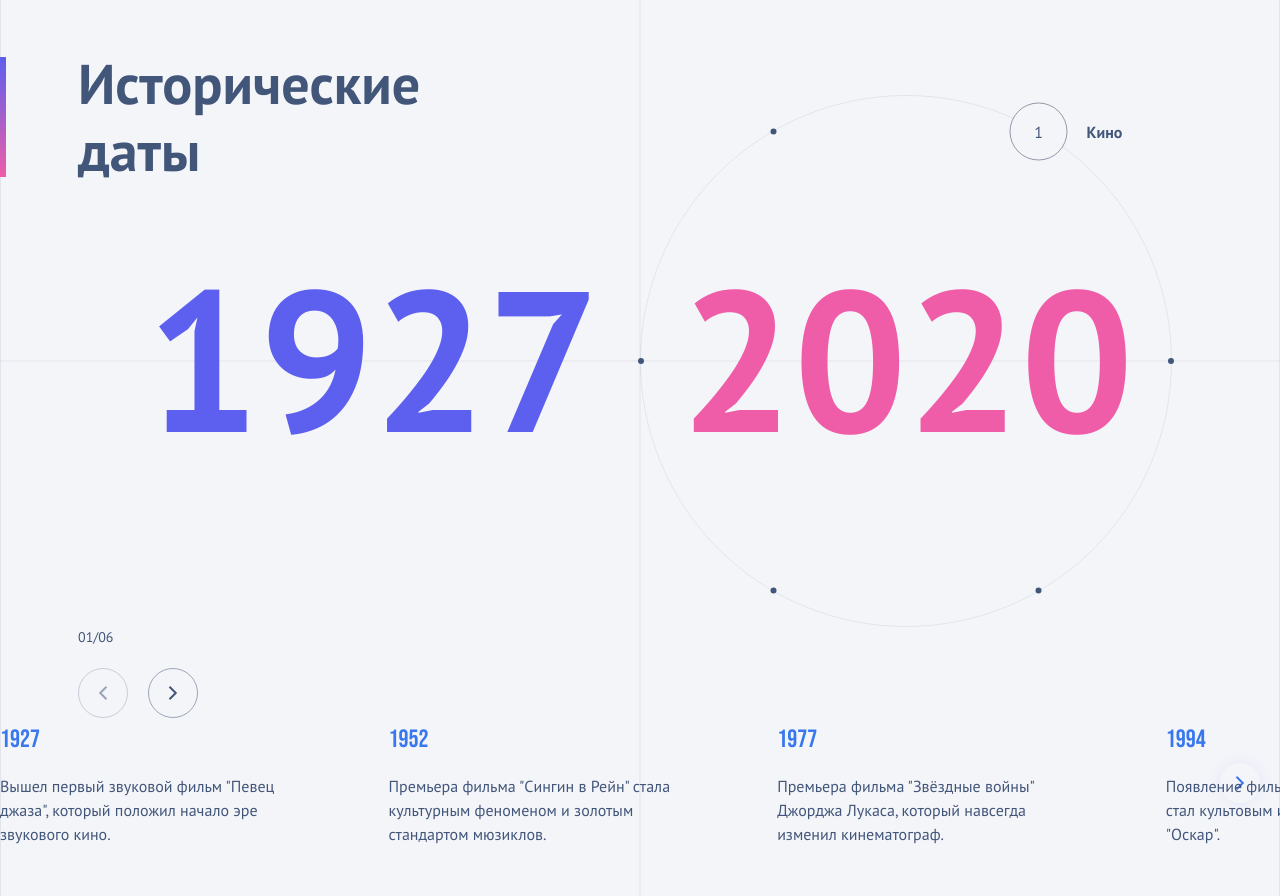
Repository: LenarTulupov/only
Page: /
These files come from the project's save history. The page is drawn as it stood at one moment and after a run of saves; the edit follows.
The browser window is 1280 px wide. The pictures show the whole page.
The project was rebuilt for these pictures with package versions that can differ from the ones it lists, and the page was loaded fresh each time.

Above is the page before, as saved 2024-12-18 04:10:02.

After the next 3 saves:
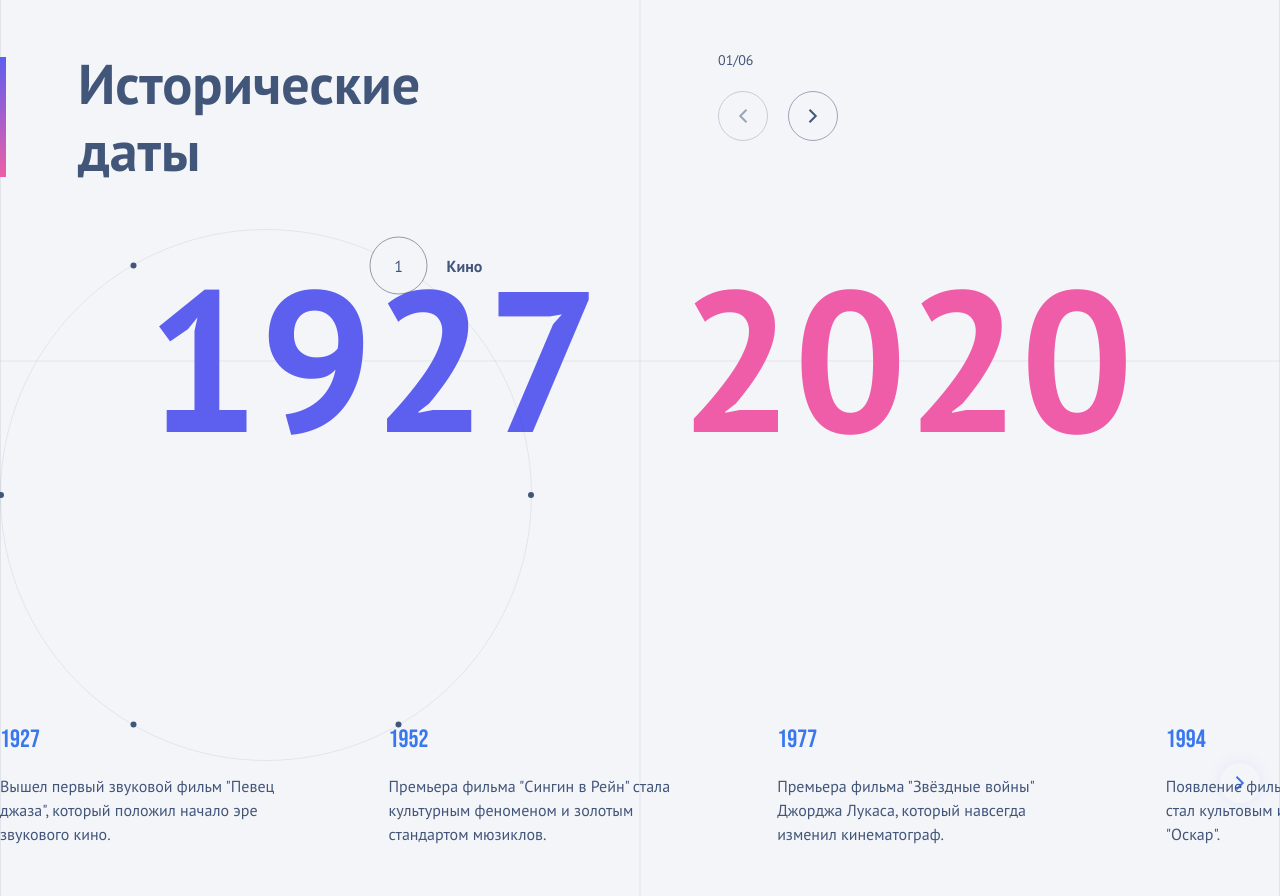
The 3 saves are shown as one change because they came seconds apart.
The last was saved 8 s later.
--- a/src/pages/home/history/history.tsx
+++ b/src/pages/home/history/history.tsx
@@ -22,16 +22,16 @@ export default function HistorySection() {
             Исторические даты
           </Title>
         </div>
+          <StepNavigation
+            className={styles['step-navigation']}
+            activeButton={activeButton}
+            setActiveButton={setActiveButton}
+          />
         <Circle
           className={styles.circle}
           activeButton={activeButton}
           setActiveButton={setActiveButton}
         />
-          <StepNavigation
-            className={styles['step-navigation']}
-            activeButton={activeButton}
-            setActiveButton={setActiveButton}
-          />
         <Divider
           position="horizontal"
           className={styles.divider_horizontal}
